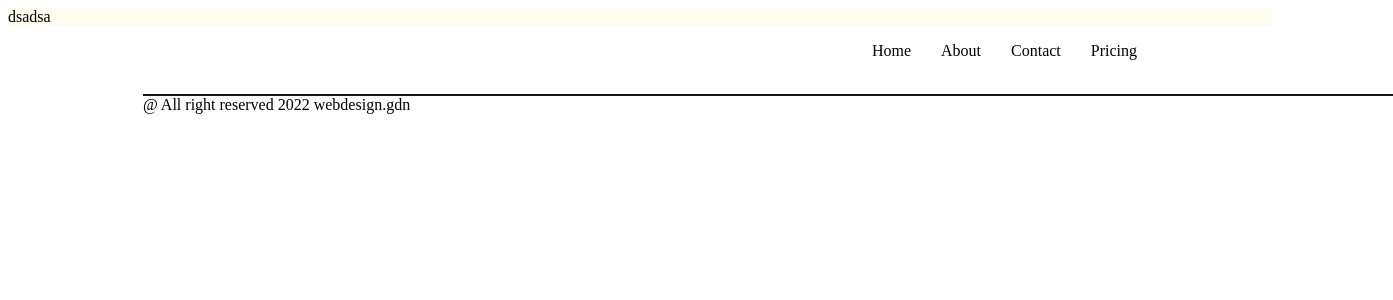
Repository: ngocphuocha/4lifeteam-marketing-agency
Page: index.html
These files come from the project's save history. The page is drawn as it stood at one moment and after the next save; the edit follows.
The browser window is 1280 px wide. The page is 1393 px wide, so the pictures cover 1393 px, including what lies to the right of the window. The pictures show the whole page.

Above is the page before, as saved 2023-03-13 15:03:45.

After the next save:
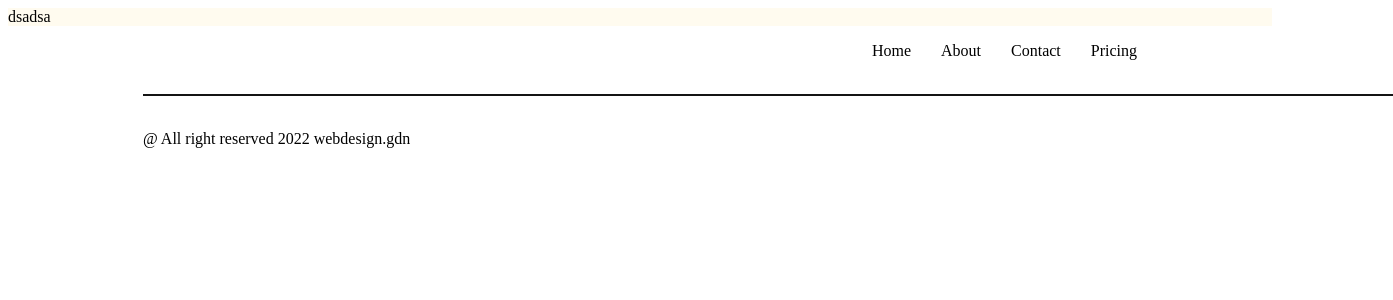
Saved 43 s later.
--- a/css/footer-service.css
+++ b/css/footer-service.css
@@ -33,6 +33,7 @@
  }
  .background-footer .footer-text{
     float: left;
+    padding-top: 34px;
  }
  .background-footer .footer-text a{
  }
